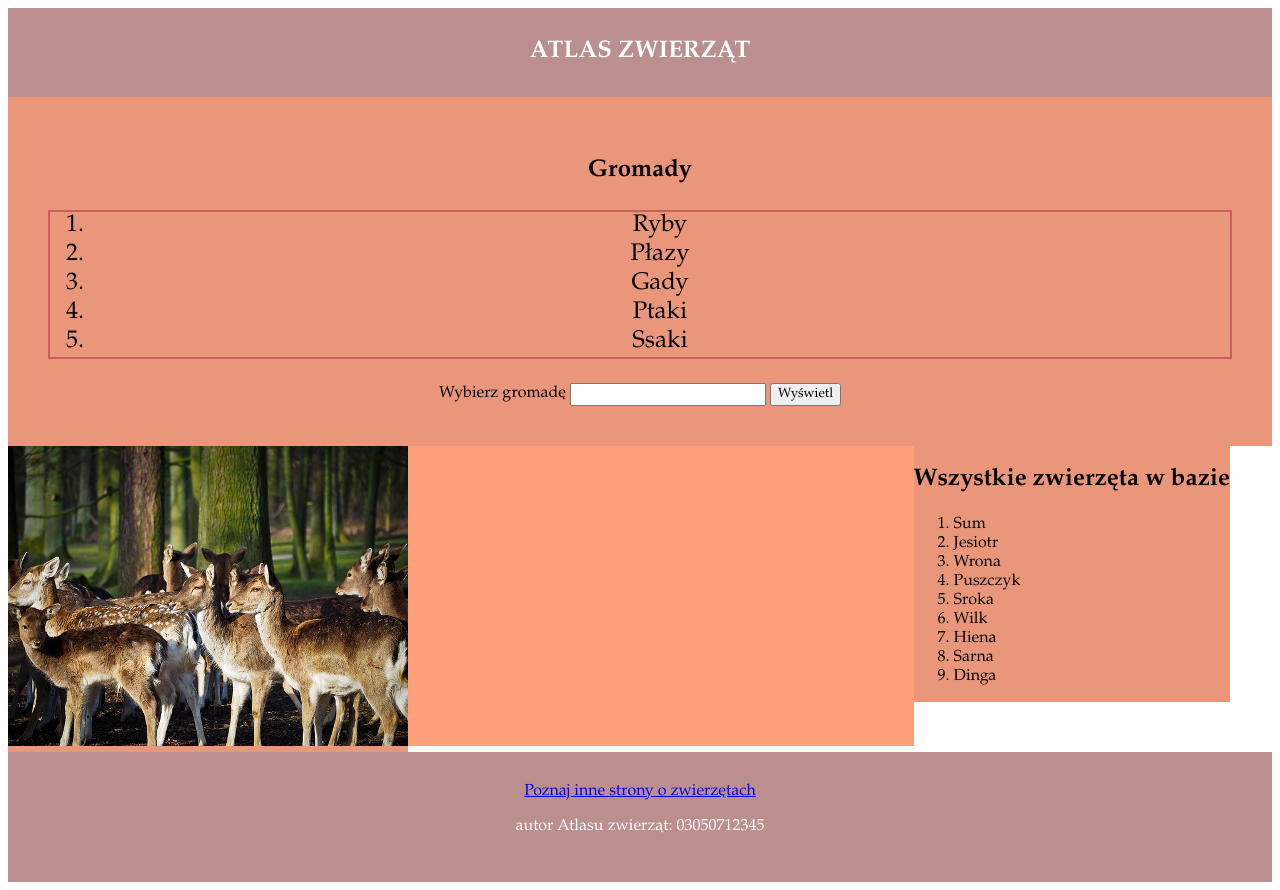
Repository: Lenerystia/HTML
Page: Zad.egz_3/index.html
An editor plug-in stored every save of this project. The page is shown before and after the next save, followed by the edit.
The browser window is 1280 px wide. The pictures show the whole page.

Above is the page before, as saved 2021-12-22 13:56:59.

After the next save:
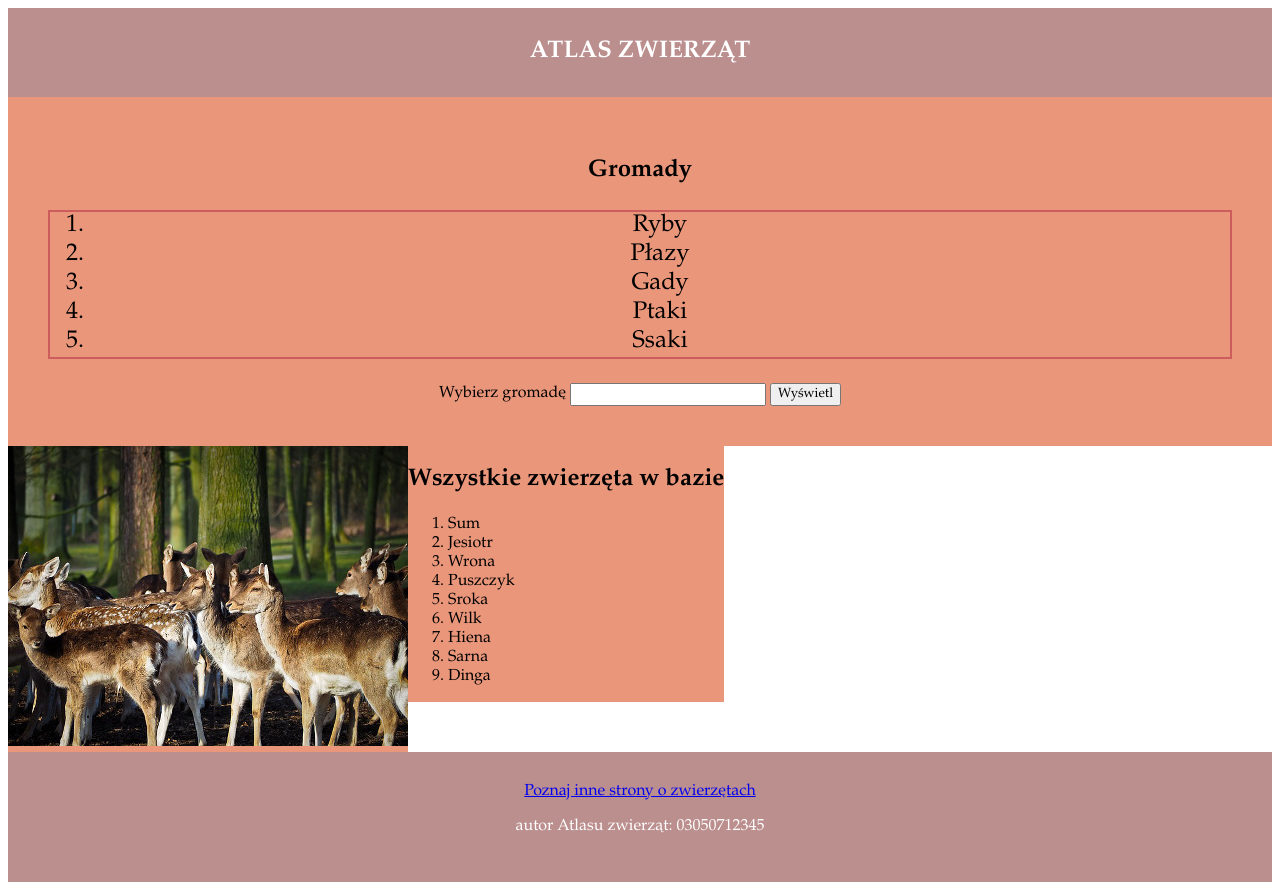
Saved 5 s later.
--- a/Zad.egz_3/styl3.css
+++ b/Zad.egz_3/styl3.css
@@ -17,15 +17,18 @@
 }
 .glownyLewy{
     float: left;
+    width: fit-content;
 }
 .glownySrodkowy{
     background-color: lightsalmon;
     height: 300px;
     width: 40%;
     float: left;
+    width: fit-content;
 }
 .glownyPrawy{
     float: left;
+    width: fit-content;
 }
 .stopka{
     background-color: rosybrown;

After the save that followed:
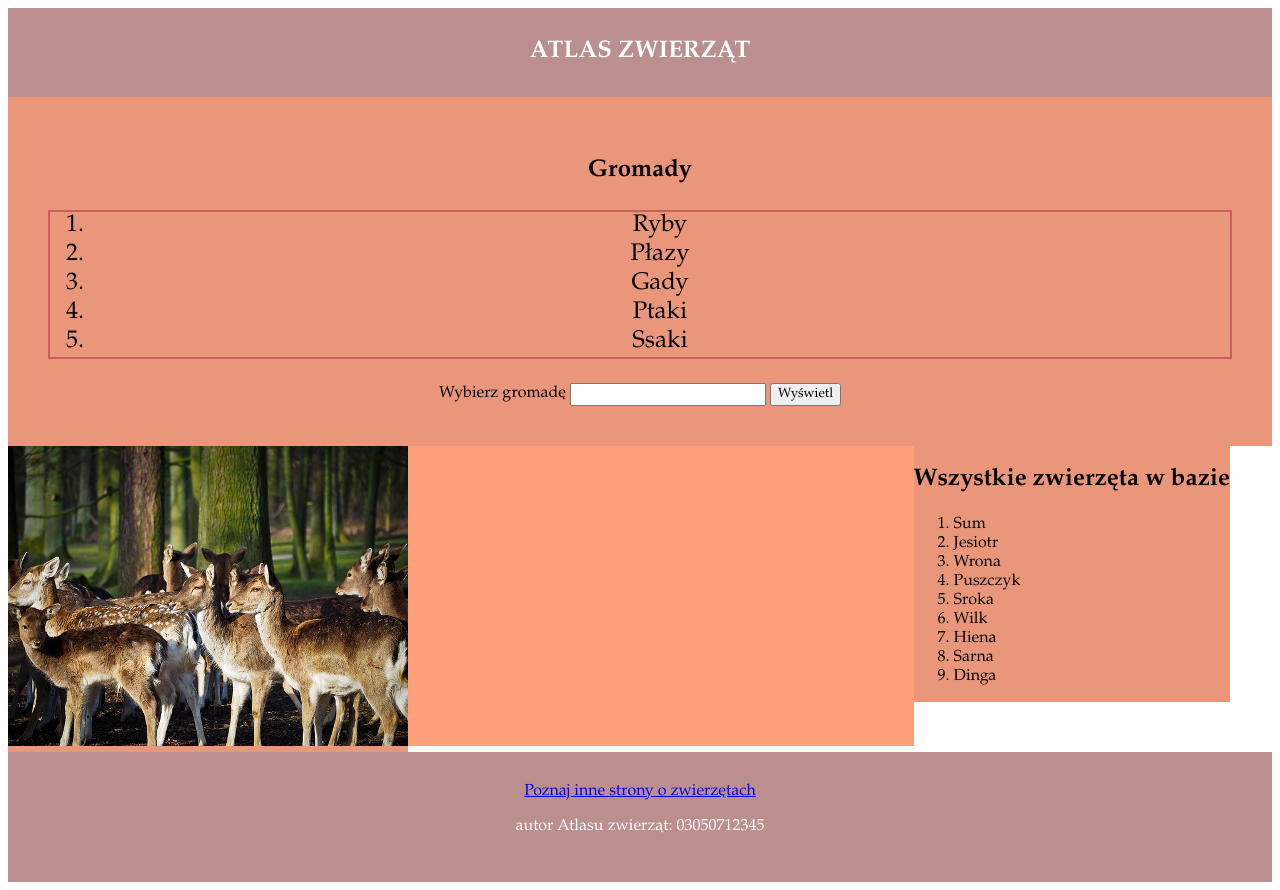
Saved 6 s later.
--- a/Zad.egz_3/styl3.css
+++ b/Zad.egz_3/styl3.css
@@ -17,18 +17,16 @@
 }
 .glownyLewy{
     float: left;
-    width: fit-content;
+
 }
 .glownySrodkowy{
     background-color: lightsalmon;
     height: 300px;
     width: 40%;
     float: left;
-    width: fit-content;
 }
 .glownyPrawy{
     float: left;
-    width: fit-content;
 }
 .stopka{
     background-color: rosybrown;
